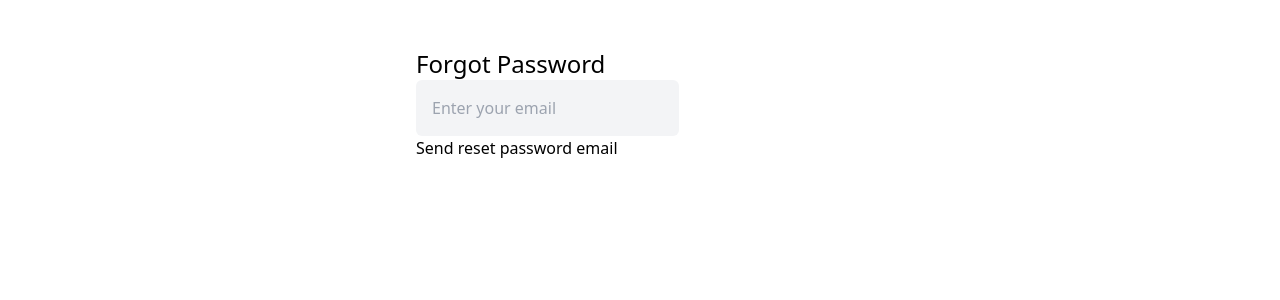
Repository: sevilgenysf/firebase
Page: /forgot-password
An editor plug-in stored every save of this project. The page is shown before and after the next save, followed by the edit.
The browser window is 1280 px wide. The pictures show the whole page.
The project was rebuilt for these pictures with package versions that can differ from the ones it lists, and the page was loaded fresh each time. Also part of the build but not shown: src/pages/Home.js, src/firebase.js, src/pages/SignIn.js, src/pages/SignUp.js.

Above is the page before, as saved 2023-01-04 14:39:39.

After the next save:
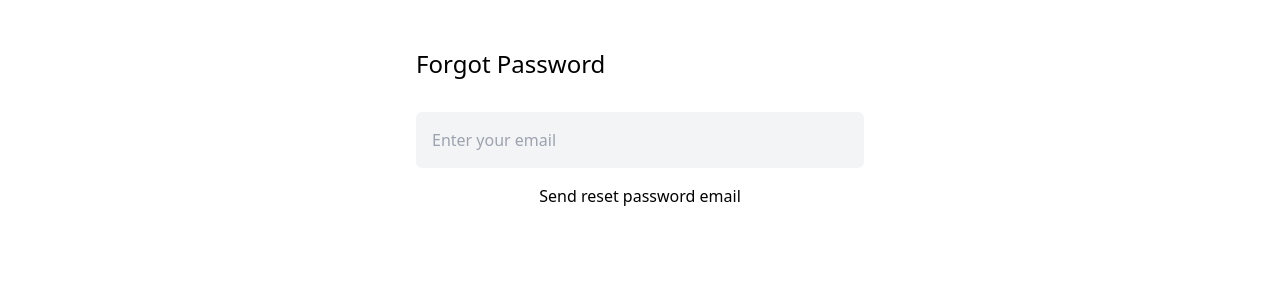
Saved 16 s later.
--- a/src/pages/ForgotPassword.js
+++ b/src/pages/ForgotPassword.js
@@ -2,7 +2,7 @@ const ForgotPassword = () => {
 	return (
 		<div className="max-w-md mx-auto py-12">
 			<h1 className="text-2xl">Forgot Password</h1>
-			<form>
+			<form className="flex flex-col gap-4 mt-8">
 				<input
 					type="email"
 					placeholder="Enter your email"
